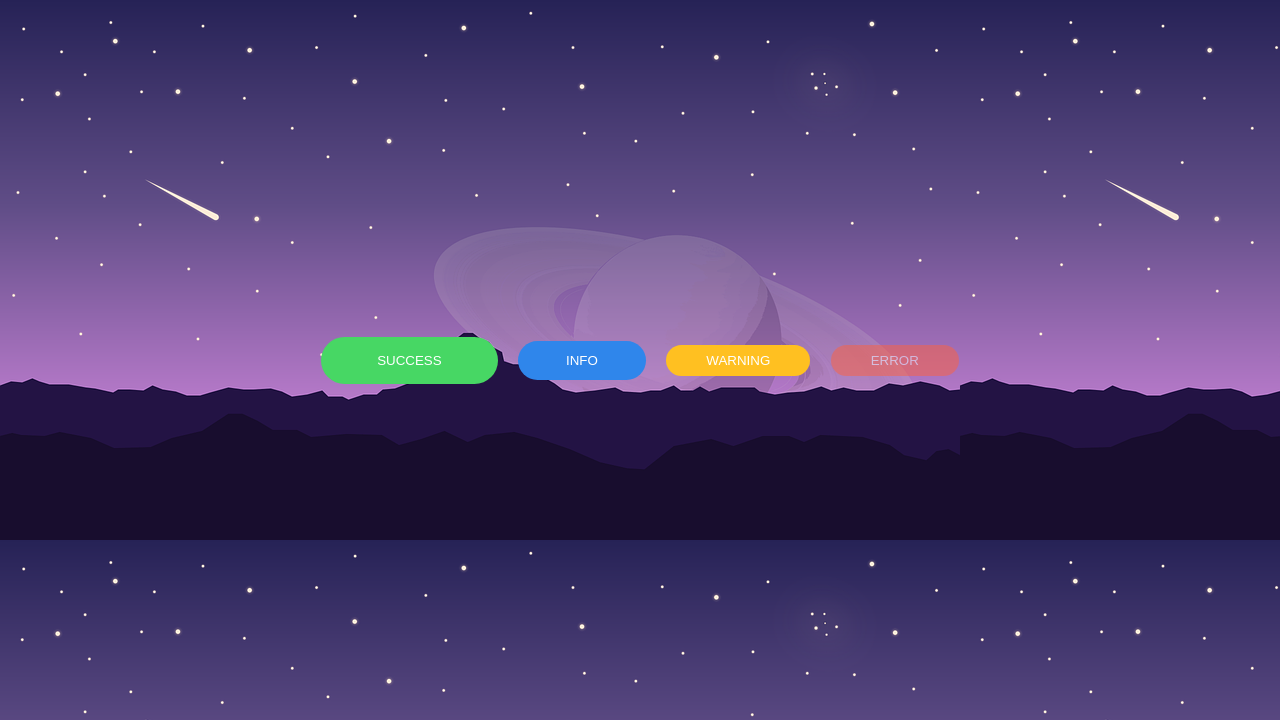
Repository: hoangtranduchai/toast-message
Page: index.html
These files come from the project's save history. The page is drawn as it stood at one moment and after the next save; the edit follows.
The browser window is 1280 px wide. The pictures show the whole page.
Some web libraries are served in a nearby version.

Above is the page before, as saved 2021-08-18 16:35:13.

After the next save:
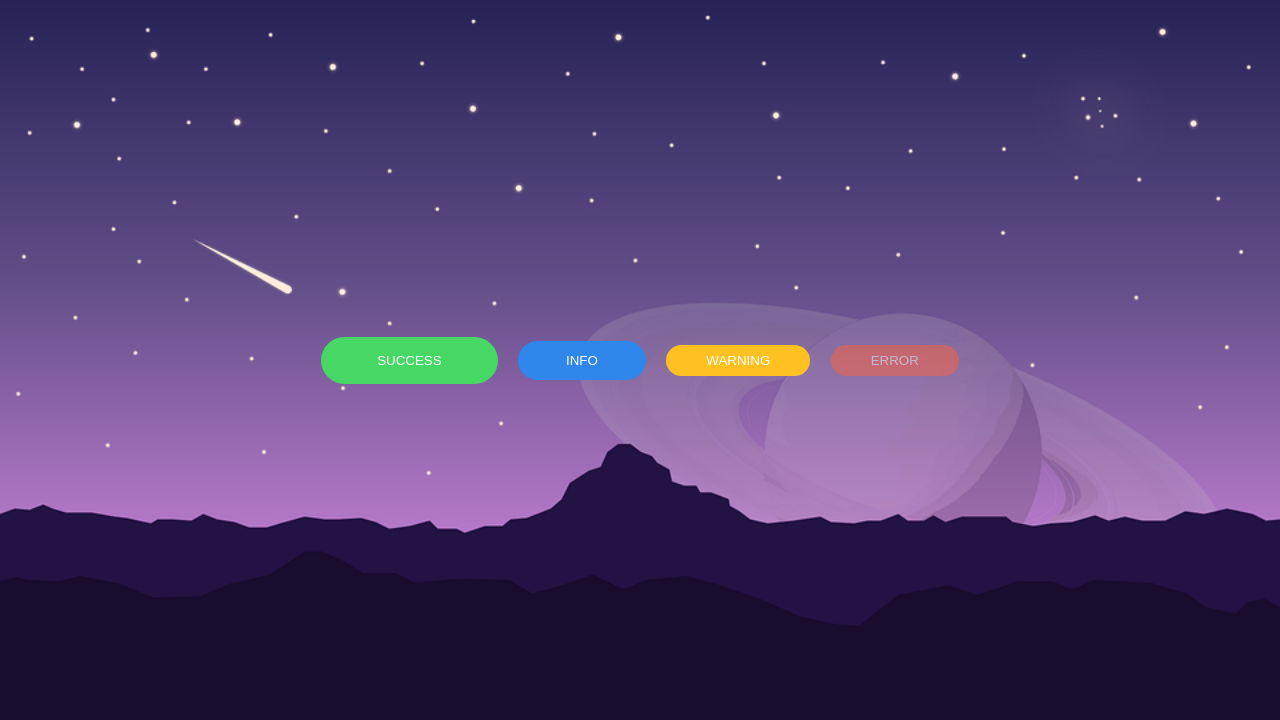
Saved 92 s later.
--- a/assets/css/style.css
+++ b/assets/css/style.css
@@ -9,7 +9,7 @@ body {
   display: flex;
   flex-direction: row;
   font-family: "Helvetica Neue";
-  background: url('../img/background/background1.jpg');
+  background: url('../img/background/background1.jpg') center / cover no-repeat;
 }
 
 body > div {
